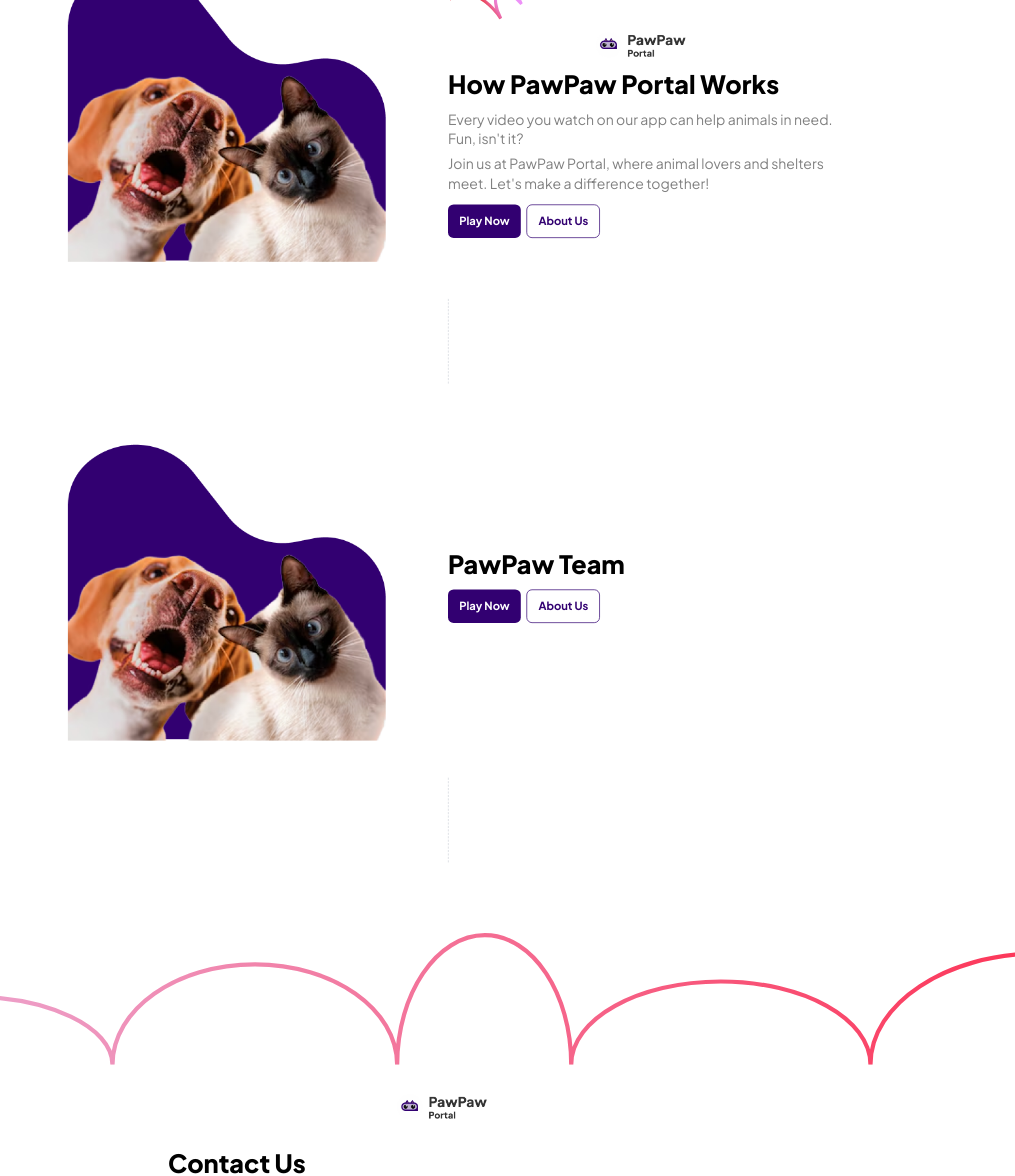
Repository: paskasiregar/pawpawwebsite
Page: /
An editor plug-in stored every save of this project. The page is shown before and after a run of saves, followed by the edit.
The browser window is 1280 px wide. The page is 1450 px wide, so the pictures cover 1450 px, including what lies to the right of the window. The pictures show the part of the page from y = 1150 to 2830 px (the page is 3877 px tall), at 70% of full size.
The project was rebuilt for these pictures with package versions that can differ from the ones it lists, and the page was loaded fresh each time. The framework's server and built-in components were replaced by stand-ins that run in the browser. Also part of the build but not shown: next.config.js, next.config.mjs.

Above is the page before, as saved 2024-09-06 11:04:52.

### src/app/layout.js
import { Inter } from "next/font/google";
import "./globals.css";

const inter = Inter({ subsets: ["latin"] });

export const metadata = {
  title: "PawPaw Portal | Your One-Stop Shelter",
  description: "Your One-Stop Shelter",
};

export default function RootLayout({ children }) {
  return (
    <html lang="en">
      <meta
        name="google-adsense-account"
        content="ca-pub-4770655134097556"
      ></meta>
      <body className={inter.className}>{children}</body>
    </html>
  );
}

### src/app/page.js
import { Contact } from "@/components/contact";
import { Divider } from "@/components/divider";
import { Footer } from "@/components/footer";
import { Header } from "@/components/header";
import CTA from "@/components/CTA";
import Hero from "@/components/hero";
import PrimaryButton from "@/components/primaryButton";
import SecButton from "@/components/secButton";
import Image from "next/image";
import bannerImage from "../assets/banner.png";
import logoHeaderImage from "../assets/banner-10.png";
import Link from "next/link";
import Head from "next/head";

export default async function Home() {
  return (
    <div className="w-full font-plus-jakarta m-auto flex min-h-screen flex-col items-center justify-between">
      <Head>
        <script
          async
          src="https://pagead2.googlesyndication.com/pagead/js/adsbygoogle.js?client=ca-pub-4770655134097556"
          crossorigin="anonymous"
        ></script>
      </Head>
      <section className="w-full">
        <div className="centeredcontainer main-container">
          <Header />
        </div>
        <main className="main-container">
          <Hero />
          <Divider />
          <div className="self-stretch bg-white flex flex-col md:flex-row">
            <div className="flex-1 relative h-48 md:h-[489px] z-[0] flex items-center justify-center">
              <Image
                className="w-[80%] h-auto object-cover"
                alt="banner"
                src={bannerImage}
                width={200}
                height={200}
              />
            </div>

            <div
              id="how-it-works"
              className="flex-1 flex flex-col items-center md:items-start justify-center gap-4 z-[1] p-4 md:p-8"
            >
              <div className="space-y-4">
                <div className="flex justify-center md:justify-start">
                  <svg
                    width="130"
                    height="77"
                    viewBox="0 0 130 77"
                    fill="none"
                    xmlns="http://www.w3.org/2000/svg"
                  >
                    <path
                      d="M2.04016 48.038C39.1938 19.0059 75.4362 75.5193 75.4362 75.5193C58.6481 44.4597 70.5515 14.7701 105.05 54.8444C105.05 54.8444 88.8644 34.0647 127.885 2.52962"
                      stroke="url(#paint0_linear_545_35744)"
                      strokeWidth="4.42591"
                      strokeMiterlimit="10"
                      strokeLinejoin="bevel"
                    />
                    <defs>
                      <linearGradient
                        id="paint0_linear_545_35744"
                        x1="19.971"
                        y1="73.8863"
                        x2="126.116"
                        y2="-0.218346"
                        gradientUnits="userSpaceOnUse"
                      >
                        <stop offset="0.2868" stopColor="#E9404C" />
                        <stop offset="0.2967" stopColor="#EA475C" />
                        <stop offset="0.3252" stopColor="#EB5B85" />
                        <stop offset="0.3554" stopColor="#EB6CA8" />
                        <stop offset="0.3871" stopColor="#EC79C5" />
                        <stop offset="0.4209" stopColor="#EC84DB" />
                        <stop offset="0.4577" stopColor="#ED8BEB" />
                        <stop offset="0.4998" stopColor="#ED90F4" />
                        <stop offset="0.5589" stopColor="#ED91F7" />
                      </linearGradient>
                    </defs>
                  </svg>
                </div>
                <div className="hidden md:flex items-center justify-center">
                  <Image
                    className="w-36 h-10 object-cover"
                    alt="Logo"
                    src={logoHeaderImage}
                    width={120}
                    height={20}
                  />
                </div>
                <div className="flex flex-col items-center md:items-start">
                  <div className="relative font-extrabold text-2xl md:text-4xl text-center md:text-left">
                    How PawPaw Portal Works
                  </div>
                </div>
                <div className="self-stretch flex flex-col md:flex-row items-center md:items-start justify-start text-lg md:text-xl text-gray-500">
                  <div className="flex-1 flex flex-col items-center md:items-start justify-start">
                    <div className="self-stretch">
                      <p className="m-0 text-center md:text-left">
                        Every video you watch on our app can help animals in
                        need. Fun, isn&apos;t it?
                      </p>
                      <p className="m-2"></p>
                      <p className="m-0 text-center md:text-left">
                        Join us at PawPaw Portal, where animal lovers and
                        shelters meet. Let&apos;s make a difference together!
                      </p>
                    </div>
                  </div>
                </div>
                <div className="flex flex-col md:flex-row gap-2">
                  <PrimaryButton href="https://game.pawpawportal.com">
                    Play Now
                  </PrimaryButton>
                  <Link
                    href="#about-us"
                    className="flex flex-col md:flex-row gap-2"
                  >
                    <SecButton>About Us</SecButton>
                  </Link>
                </div>
              </div>
            </div>
          </div>

          <Divider />
          <div className="self-stretch bg-white flex flex-col md:flex-row">
            <div className="flex-1 relative h-48 md:h-[489px] z-[0] flex items-center justify-center">
              <Image
                className="w-[80%] h-auto object-cover"
                alt="banner"
                src={bannerImage}
                width={200}
                height={200}
              />
            </div>

            <div
              id="team"
              className="flex-1 flex flex-col items-center md:items-start justify-center gap-4 z-[1] p-4 md:p-8"
            >
              <div className="space-y-4">
                <div className="flex justify-center md:justify-start"></div>
                <div className="flex flex-col items-center md:items-start">
                  <div className="relative font-extrabold text-2xl md:text-4xl text-center md:text-left">
                    PawPaw Team
                  </div>
                </div>
                {/* <div className="self-stretch flex flex-col md:flex-row items-center md:items-start justify-start text-lg md:text-xl text-gray-500">
                  <div className="flex-1 flex flex-col items-center md:items-start justify-start">
                    <div className="self-stretch">
                      <p className="m-0 text-center md:text-left">
                        Every video you watch on our app can help animals in
                        need. Fun, isn&apos;t it?
                      </p>
                      <p className="m-2"></p>
                      <p className="m-0 text-center md:text-left">
                        Join us at PawPaw Portal, where animal lovers and
                        shelters meet. Let&apos;s make a difference together!
                      </p>
                    </div>
                  </div>
                </div> */}
                <div className="flex flex-col md:flex-row gap-2">
                  <PrimaryButton href="https://game.pawpawportal.com">
                    Play Now
                  </PrimaryButton>
                  <Link
                    href="#about-us"
                    className="flex flex-col md:flex-row gap-2"
                  >
                    <SecButton>About Us</SecButton>
                  </Link>
                </div>
              </div>
            </div>
          </div>

          <Divider />
          <Contact />
        </main>
        <div className="w-full">
          <div>
            <CTA />
          </div>
          <div id="about-us">
            <Footer />
          </div>
        </div>
      </section>
    </div>
  );
}

### src/app/globals.css
@import url("https://fonts.googleapis.com/css2?family=Plus+Jakarta+Sans:wght@400;600;700;800&display=swap");

@tailwind base;
@tailwind components;
@tailwind utilities;

body {
  font-family: "Plus Jakarta Sans", sans-serif;
}

p,
ul {
  color: gray;
  margin-bottom: 2px;
}

section {
  margin-bottom: 8px;
}

.hero-bg {
  display: flex;
  background: radial-gradient(circle,
      rgb(204, 188, 230) 10%,
      rgb(255, 255, 255) 50%);
}

.cta-container {
  display: flex;
  justify-content: center;
  align-items: center;
  position: relative;
  background: radial-gradient(circle, rgb(14, 4, 4) 0%, rgb(14, 1, 51) 100%);
  padding: 20px;
  gap: 20px;
  min-height: 200px;
}

.cta-button {
  display: inline-block;
  padding: 20px 40px;
  font-size: 24px;
  font-weight: bold;
  color: white;
  background: black;
  border-radius: 40px;
  position: relative;
  z-index: 1;
  overflow: hidden;
  transition: all 0.3s ease;
  text-align: center;
}

.cta-button::before {
  content: "";
  position: absolute;
  top: -2px;
  left: -2px;
  right: -2px;
  bottom: -2px;
  background: linear-gradient(90deg,
      rgb(255, 244, 97) 0%,
      rgb(187, 61, 255) 50%,
      rgb(142, 23, 23) 100%);
  z-index: -1;
  border-radius: inherit;
}

.cta-button::after {
  content: "";
  position: absolute;
  top: 2px;
  left: 2px;
  right: 2px;
  bottom: 2px;
  background: black;
  z-index: -1;
  border-radius: inherit;
}

.cta-button:hover {
  color: rgb(237, 246, 133);
  background: white;
}

.footer-bg {
  background: radial-gradient(circle, rgb(14, 4, 4) 0%, rgb(14, 1, 51) 100%);
  color: white;
  text-align: center;
  padding: 20px;
}

.centeredcontainer {
  width: 100vw;
  height: auto;
}

.main-container {
  width: 100%;
  max-width: 1200px;
  margin: 0 auto;
  padding: 0;
}

.header-content {
  display: flex;
  flex-direction: row;
  align-items: center;
  justify-content: space-between;
}

.header-logo-button {
  display: flex;
  flex-direction: row;
  align-items: center;
  gap: 16px;
  /* Adjust spacing as needed */
}

html {
  scroll-behavior: smooth;
}

### src/components/contact.jsx
import React from "react";
import PrimaryButton from "@/components/primaryButton";
import NameInput from "./nameInput";
import EmailInput from "./emailInput";
import MessageInput from "./mesageInput";
import Image from "next/image";
import logoHeaderImage from "../assets/banner-10.png";

export const Contact = () => {
  return (
    <div className="font-plus-jakarta flex flex-col items-center justify-center py-16 px-4 md:px-[200px] gap-[40px] text-29xl">
      <div className="flex justify-start items-start">
        <svg
          width="1620"
          height="188"
          viewBox="0 0 1620 188"
          fill="none"
          xmlns="http://www.w3.org/2000/svg"
        >
          <path
            d="M1891 188C1891 100.375 1784.67 29.342 1653.5 29.342C1522.34 29.342 1413.53 100.375 1413.53 188C1413.53 122.37 1317.84 69.158 1199.78 69.158C1081.72 69.158 986.029 122.362 986.029 188C986.029 85.8274 930.825 3 862.735 3C794.645 3 737.369 85.8274 737.369 188C737.369 108.853 646.33 44.6865 534.029 44.6865C421.728 44.6865 330.689 108.853 330.689 188C330.689 134.381 239.649 90.9105 127.349 90.9105C15.0481 90.9105 -76 134.381 -76 188"
            stroke="url(#paint0_linear_545_35799)"
            strokeWidth="6"
            strokeMiterlimit="10"
            strokeLinejoin="bevel"
          />
          <defs>
            <linearGradient
              id="paint0_linear_545_35799"
              x1="-84.5283"
              y1="91.1699"
              x2="1899.52"
              y2="91.1699"
              gradientUnits="userSpaceOnUse"
            >
              <stop offset="0.0224" stopColor="#EBADD7" />
              <stop offset="1" stopColor="#FF2445" />
            </linearGradient>
          </defs>
        </svg>
      </div>
      <Image
        className="w-36 h-10 object-cover"
        alt="Logo"
        src={logoHeaderImage}
        width={120}
        height={20}
      />
      <div className="text-4xl font-extrabold w-full">Contact Us</div>
      <form
        action="https://forms.office.com/Pages/ResponsePage.aspx?id=FYBQO9x7eUe5JQ3XgE-7JgfHRnXS951Jum6QCf1rDZlUOTFYM1gyVUNMUzAyRTlFRVlHNUo5UVVRSy4u"
        method="post"
        target="_blank"
        className="w-full"
      >
        <div className="w-full flex flex-col items-start gap-[16px] text-base text-light-l800 font-regular-reg-2">
          <div className="w-full flex flex-col md:flex-row gap-[20px]">
            <div className="w-full md:w-1/2">
              <label
                htmlFor="name"
                className="w-full block text-sm font-medium text-gray-700"
              ></label>
              <NameInput className="w-full" id="name" name="name" required />
            </div>
            <div className="w-full md:w-1/2">
              <label
                htmlFor="email"
                className="block text-sm font-medium text-gray-700"
              ></label>
              <EmailInput className="w-full" id="email" name="email" required />
            </div>
          </div>
          <div className="w-full">
            <label
              htmlFor="message"
              className="block text-sm font-medium text-gray-700"
            ></label>
            <MessageInput
              className="w-full"
              id="message"
              name="message"
              required
            />
          </div>
        </div>
        <div className="mt-4">
          <PrimaryButton type="submit">Send Now</PrimaryButton>
        </div>
      </form>
    </div>
  );
};

export default Contact;

### src/components/divider.jsx
export const Divider = () => {
  return (
    <div className="self-stretch h-[195px] flex flex-row items-center justify-center py-16 px-[130px] box-border">
      <div className="w-px relative box-border h-[121px] border-r-[1px] border-dashed border-gray-300" />
    </div>
  );
};

### src/components/header.jsx
import Link from "next/link";
import PrimaryButton from "@/components/primaryButton";
import React from "react";
import Image from "next/image";
import logoHeaderImage from "../assets/banner-10.png";

export const Header = () => {
  return (
    <div className="font-plus-jakarta w-full flex flex-col items-center justify-center text-left text-gray-500">
      <div className="self-stretch bg-white flex flex-col items-center justify-center text-sm">
        <div className="w-full header-content p-2.5 box-border">
          <Link href="/">
            {" "}
            {/* Homepage */}
            <Image
              className="w-36 h-10 object-cover"
              alt="Logo"
              src={logoHeaderImage}
              width={120}
              height={20}
            />
          </Link>
          <div className="hidden md:flex flex-row items-center justify-center gap-8">
            <div>
              <Link href="#how-it-works">How It Works</Link>
            </div>
            <div>
              <Link href="#about-us">About Us</Link>
            </div>
            <div>
              <Link href="/privacy">Privacy Policy</Link>
            </div>
          </div>
          <div className="header-logo-button">
            <PrimaryButton href="https://game.pawpawportal.com">
              Be Our Hero Today!
            </PrimaryButton>
          </div>
        </div>
      </div>
    </div>
  );
};

export default Header;

### src/components/CTA.jsx
import React from "react";
import Link from "next/link";

const CTA = () => {
  return (
    <div className="cta-container font-plus-jakarta p-4 md:p-8 flex flex-col md:flex-row items-center justify-center">
      <svg
        className="cta-decoration mb-4 md:mb-0 md:mr-4"
        width="48"
        height="46"
        viewBox="0 0 48 46"
        fill="none"
        xmlns="http://www.w3.org/2000/svg"
      >
        <path
          d="M2 46C2 27.296 29.551 30.0086 36.5736 34.5625C36.5736 34.5625 14.4611 2 47.5714 2"
          stroke="url(#cta_gradient)"
          strokeWidth="3.92857"
          strokeMiterlimit="10"
          strokeLinejoin="bevel"
        />
        <defs>
          <linearGradient
            id="cta_gradient"
            x1="37.3571"
            y1="2"
            x2="7.5"
            y2="46"
            gradientUnits="userSpaceOnUse"
          >
            <stop stopColor="#FF2445" />
            <stop offset="1" stopColor="#F5AB0E" />
          </linearGradient>
        </defs>
      </svg>
      <Link href="https://game.pawpawportal.com">
        <div className="cta-button text-center bg-gradient-to-r from-orange-500 to-pink-500 text-white font-bold py-2 px-4 rounded-lg shadow-lg cursor-pointer">
          Play Our Game Now
        </div>
      </Link>
    </div>
  );
};

export default CTA;

### src/components/primaryButton.jsx
import React from "react";

const PrimaryButton = ({ children, onClick }) => {
  return (
    <button
      className="self-stretch bg-inherit-320071 hover:bg-blue-700 text-white font-bold px-4 py-3 rounded-lg"
      onClick={onClick}
    >
      {children}
    </button>
  );
};

export default PrimaryButton;

### src/components/secButton.jsx
import React from "react";

const SecButton = ({ children, onClick }) => {
  return (
    <button
      className="bg-white border border-inherit-320071 text-inherit-320071 font-bold py-2 px-4 rounded-lg"
      onClick={onClick}
    >
      {children}
    </button>
  );
};

export default SecButton;

### src/components/nameInput.jsx
import React from "react";

const NameInput = ({ value, onChange }) => {
  return (
    <div className="mb-4">
      <label
        className="block text-gray-700 text-sm font-bold mb-2"
        htmlFor="name"
      >
        Name
      </label>
      <input
        id="name"
        type="text"
        value={value}
        onChange={onChange}
        className="shadow appearance-none border rounded w-full py-2 px-3 text-gray-700 leading-tight focus:outline-none focus:shadow-outline"
        placeholder="Your Name"
      />
    </div>
  );
};

export default NameInput;

### src/components/emailInput.jsx
import React from "react";

const EmailInput = ({ value, onChange }) => {
  return (
    <div className="mb-4">
      <label
        className="block text-gray-700 text-sm font-bold mb-2"
        htmlFor="email"
      >
        Email
      </label>
      <input
        id="email"
        type="email"
        value={value}
        onChange={onChange}
        className="shadow appearance-none border rounded w-full py-2 px-3 text-gray-700 leading-tight focus:outline-none focus:shadow-outline"
        placeholder="Your Email"
      />
    </div>
  );
};

export default EmailInput;

### src/components/mesageInput.jsx
import React from "react";

const MessageInput = ({ value, onChange }) => {
  return (
    <div className="mb-4">
      <label
        className="block text-gray-700 text-sm font-bold mb-2"
        htmlFor="message"
      >
        Message
      </label>
      <textarea
        id="message"
        value={value}
        onChange={onChange}
        className="shadow appearance-none border rounded w-full py-2 px-3 text-gray-700 leading-tight focus:outline-none focus:shadow-outline"
        placeholder="Your Message"
        rows="5"
      />
    </div>
  );
};

export default MessageInput;

Loaded but not shown: tailwind.config.js (24 lines, source omitted); src/components/hero.jsx (211 lines, source omitted); src/components/footer.jsx (175 lines, source omitted)

After the next 2 saves:
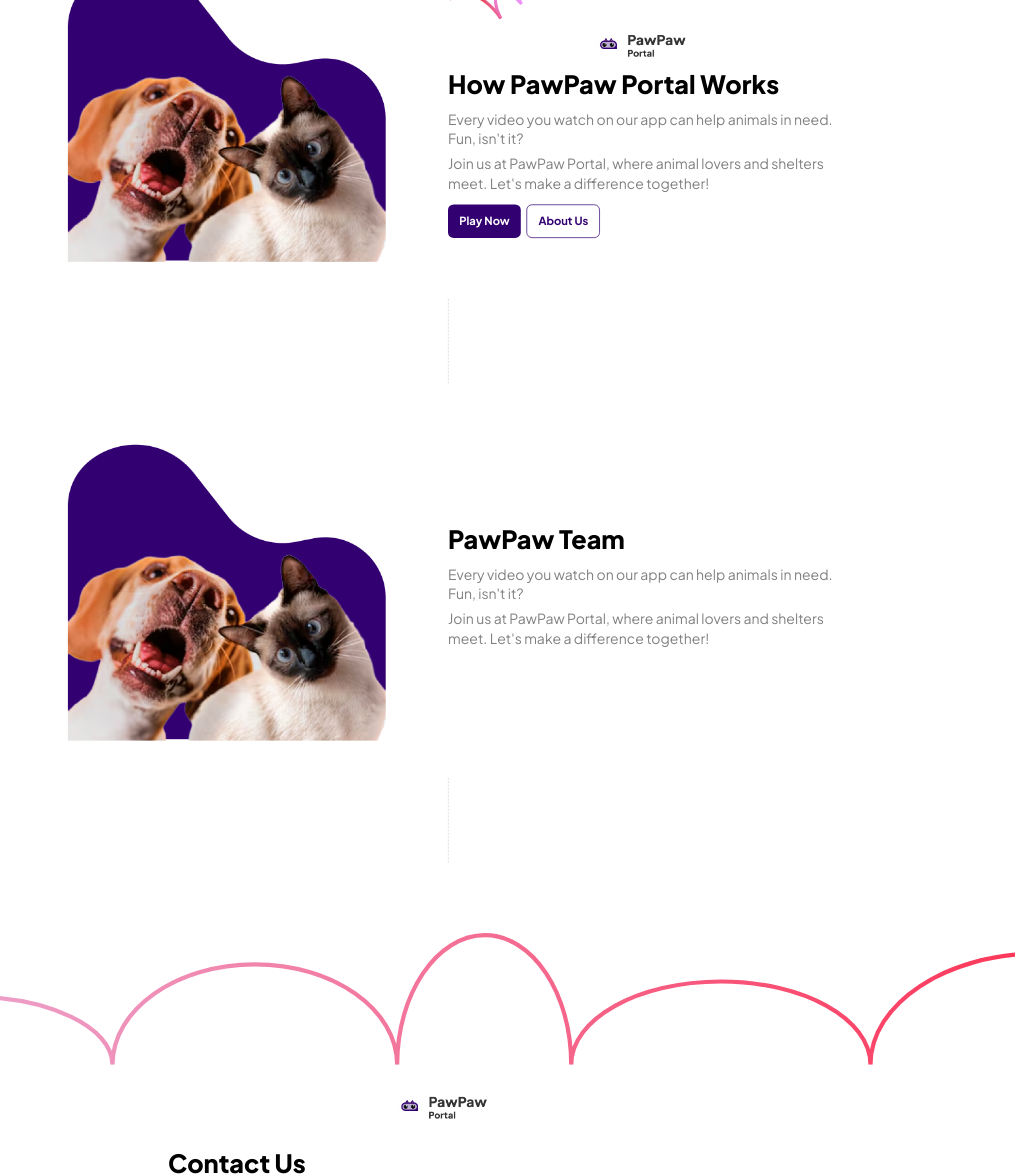
The 2 saves are shown as one change because 1 did not build or start.
The last was saved 23 s later.
--- a/src/app/page.js
+++ b/src/app/page.js
@@ -149,7 +149,7 @@ export default async function Home() {
                     PawPaw Team
                   </div>
                 </div>
-                {/* <div className="self-stretch flex flex-col md:flex-row items-center md:items-start justify-start text-lg md:text-xl text-gray-500">
+                <div className="self-stretch flex flex-col md:flex-row items-center md:items-start justify-start text-lg md:text-xl text-gray-500">
                   <div className="flex-1 flex flex-col items-center md:items-start justify-start">
                     <div className="self-stretch">
                       <p className="m-0 text-center md:text-left">
@@ -163,17 +163,6 @@ export default async function Home() {
                       </p>
                     </div>
                   </div>
-                </div> */}
-                <div className="flex flex-col md:flex-row gap-2">
-                  <PrimaryButton href="https://game.pawpawportal.com">
-                    Play Now
-                  </PrimaryButton>
-                  <Link
-                    href="#about-us"
-                    className="flex flex-col md:flex-row gap-2"
-                  >
-                    <SecButton>About Us</SecButton>
-                  </Link>
                 </div>
               </div>
             </div>
